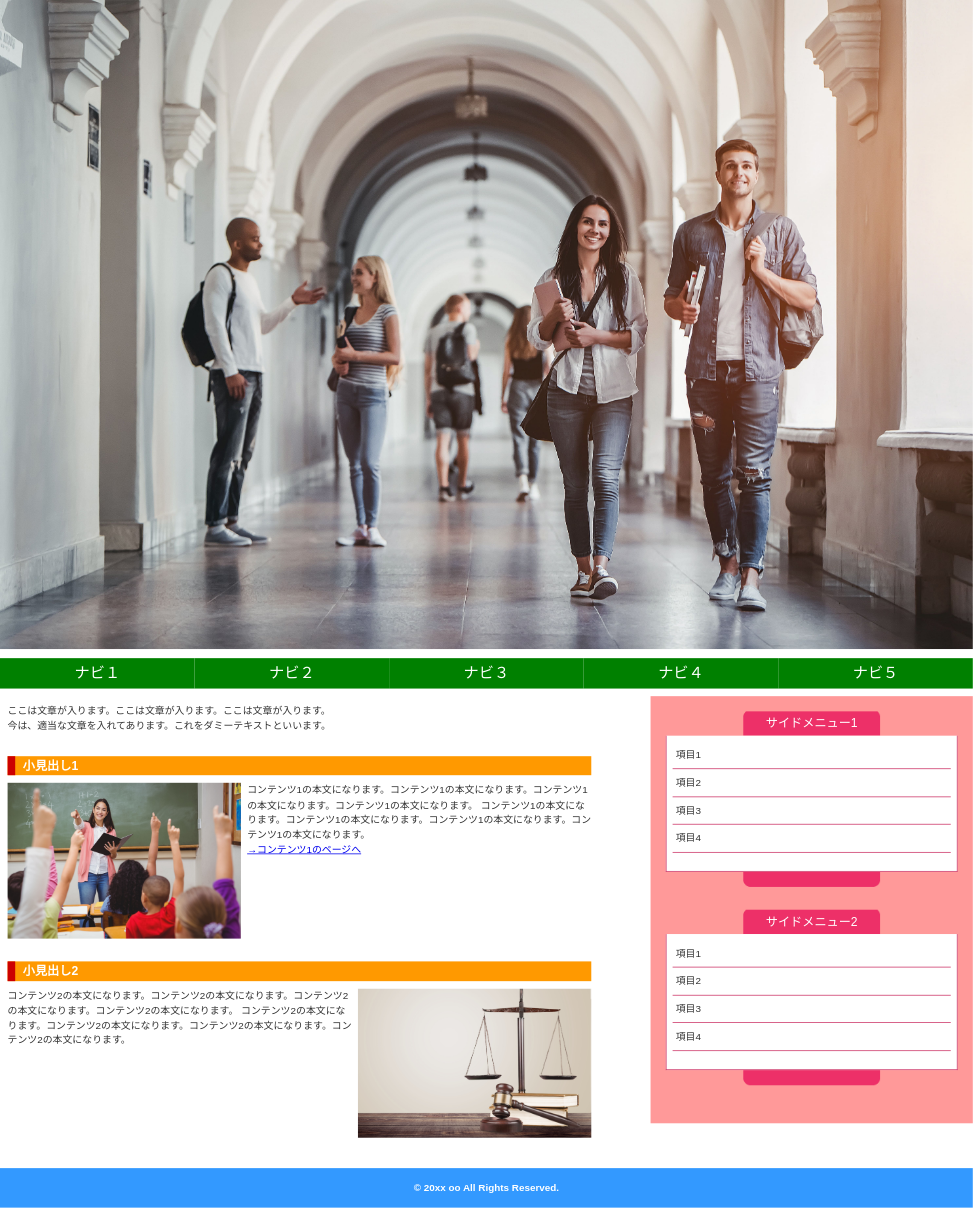
Repository: yoshi1924/samurai_HTML-CSS
Page: home.html
The author's editor kept a record of every edit. The page is drawn from the files as they stood at one moment, then again after the next edit.
The browser window is 1280 px wide. The pictures show the whole page, at 76% of full size.

Above is the page before.

After the next edit:
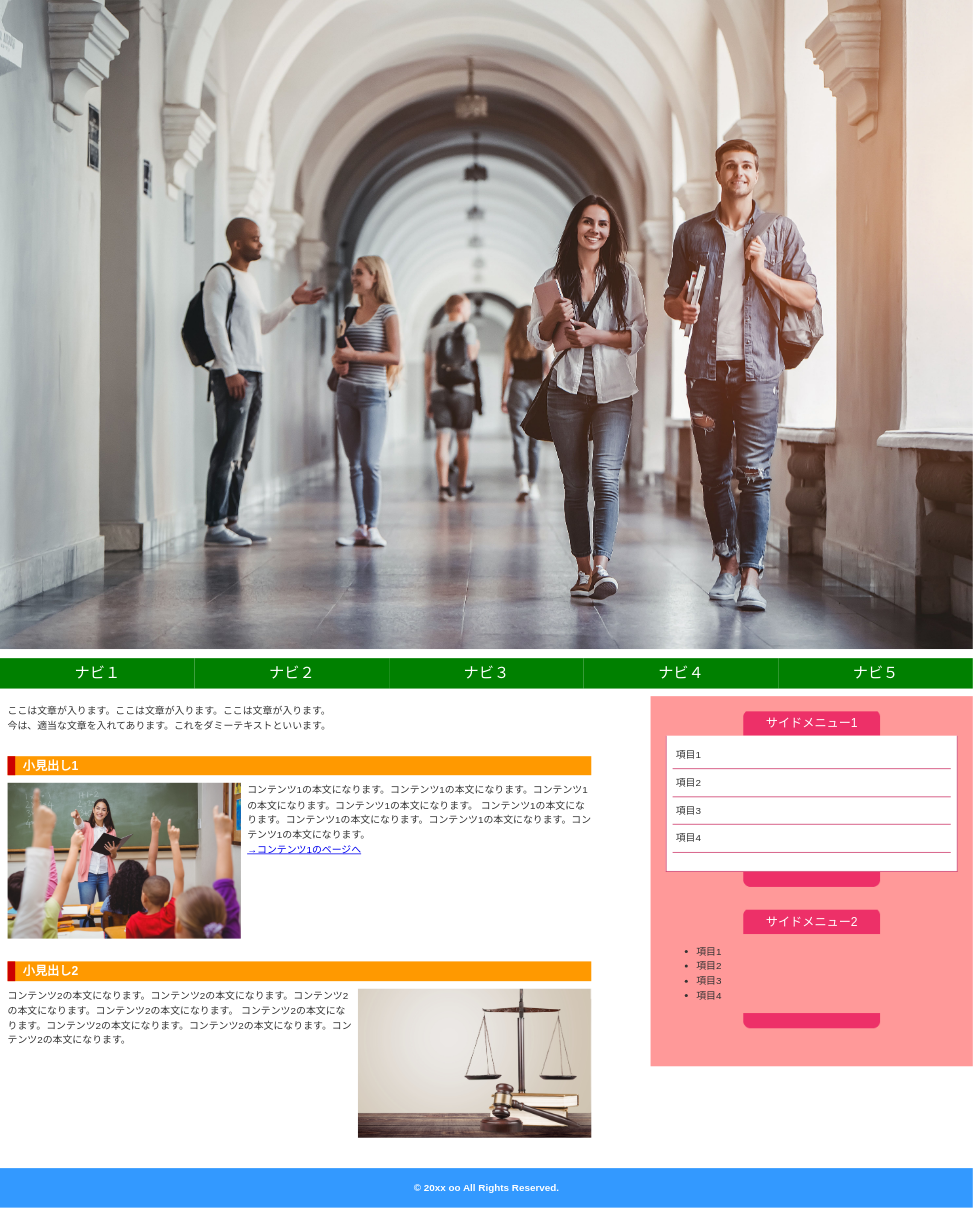
The edit:
--- a/home.html
+++ b/home.html
@@ -58,7 +58,7 @@
                     </div>
                     <div class="box">
                         <h2>サイドメニュー2</h2>
-                        <div class="boxBody">
+                        <div class="<box></box>Body">
                             <ul>
                                 <li>項目1</li>
                                 <li>項目2</li>
